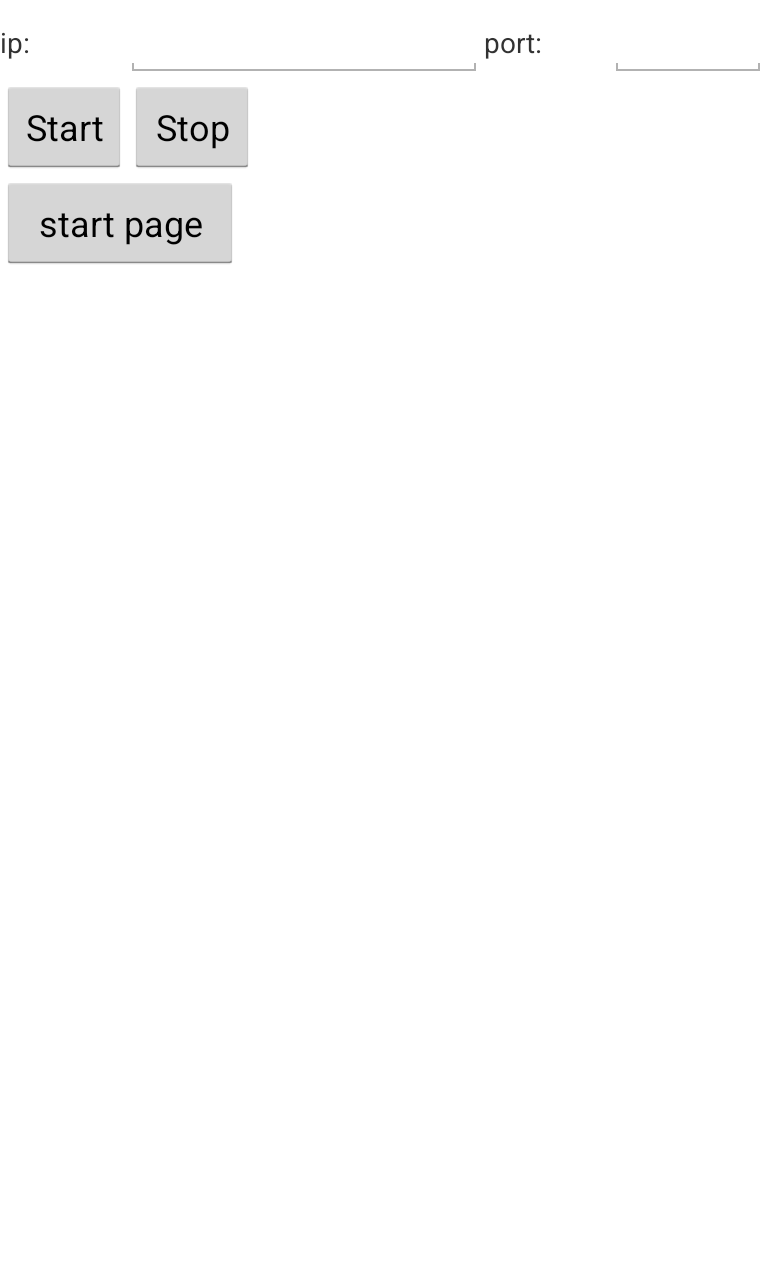
Repository: dthas/d_firewall_c
Layout: src/main/android/eclipse_project/dfirewall/res/layout/out_pl.xml
These files come from the project's save history. The layout is drawn as it stood at one moment and after the next save; the edit follows.
It is drawn on a 768 x 1280 px phone screen (xhdpi) without system bars, with theme AppTheme; the app's code is not run.

Above is the layout before, as saved 2017-02-16 07:56:58.

### src/main/android/eclipse_project/dfirewall/res/layout/out_pl.xml
<LinearLayout xmlns:android="http://schemas.android.com/apk/res/android"
android:layout_width="fill_parent"
android:layout_height="wrap_content"
android:orientation="vertical" >

    <LinearLayout
        android:layout_width="fill_parent"
		android:layout_height="wrap_content"
		android:orientation="horizontal" >

	        <TextView
				android:id="@+id/text_view_1"
				android:layout_width="fill_parent"
				android:layout_height="wrap_content"
				android:layout_weight="1"
				android:text="ip:" />

	        <EditText
				android:id="@+id/et_ip_out"
				android:layout_width="180dp"
				android:layout_height="wrap_content"

				/>

		<TextView
				android:id="@+id/text_view_2"
				android:layout_width="fill_parent"
				android:layout_height="wrap_content"
				android:layout_weight="1"
				android:text="port:" />

	        <EditText
				android:id="@+id/et_port_out"
				android:layout_width="80dp"
				android:layout_height="wrap_content"

				/>


	</LinearLayout>

    <LinearLayout
        android:layout_width="wrap_content"
		android:layout_height="wrap_content"
		android:orientation="horizontal">

		<Button
			android:id="@+id/button_2"
			android:layout_width="wrap_content"
			android:layout_height="wrap_content"
			android:layout_weight="1"
			android:text="Start" />

		<Button
			android:id="@+id/button_1"
			android:layout_width="wrap_content"
			android:layout_height="wrap_content"
			android:layout_weight="1"
			android:text="Stop" />

	</LinearLayout>

   <LinearLayout
       	android:layout_width="wrap_content"
		android:layout_height="wrap_content"
		android:orientation="horizontal" >

			<Button
			android:id="@+id/button_3"
			android:layout_width="120dp"
			android:layout_height="wrap_content"
			android:layout_weight="1"
			android:layout_gravity="bottom"
			android:text="start page" />



	</LinearLayout>

</LinearLayout>

Loaded but not shown: src/main/android/eclipse_project/dfirewall/res/values/styles.xml (common file); src/main/android/eclipse_project/dfirewall/res/values-v11/styles.xml (common file); src/main/android/eclipse_project/dfirewall/res/values-v14/styles.xml (common file)

After the next save:
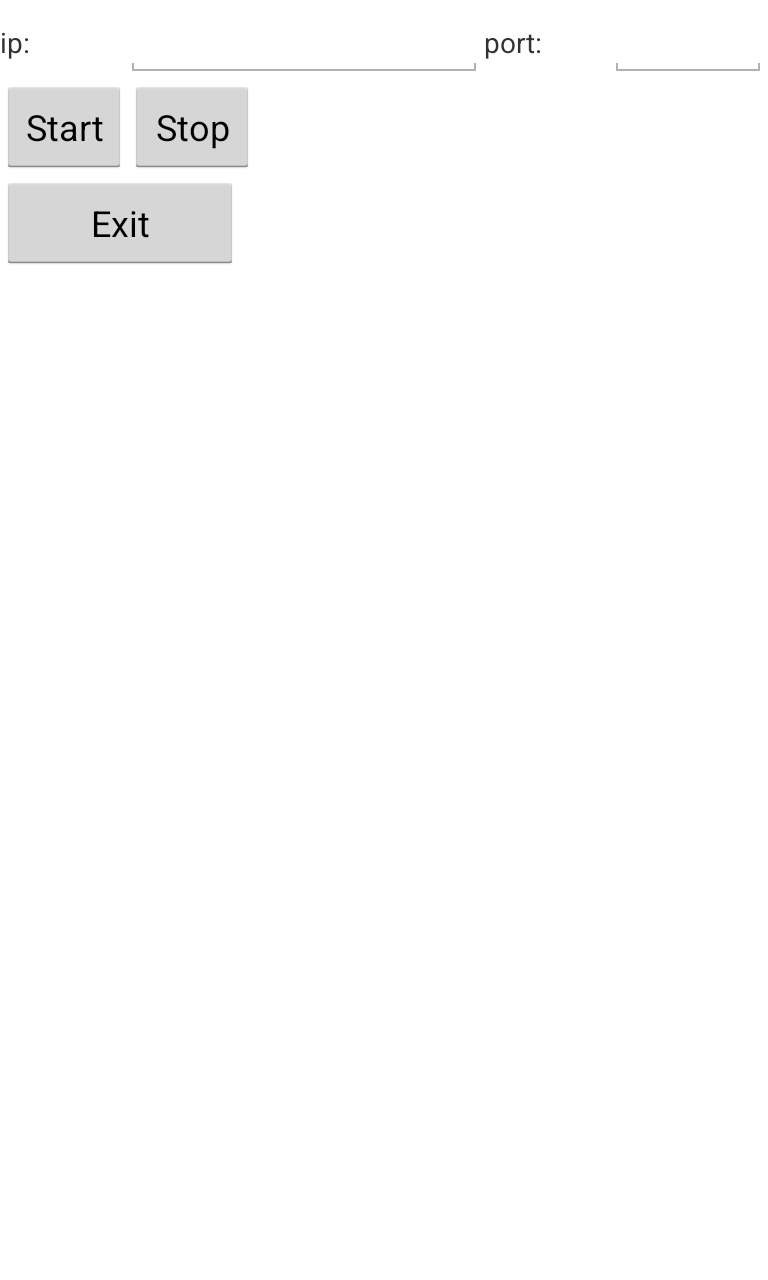
Saved 102 s later.
--- a/src/main/android/eclipse_project/dfirewall/res/layout/out_pl.xml
+++ b/src/main/android/eclipse_project/dfirewall/res/layout/out_pl.xml
@@ -71,7 +71,7 @@
 			android:layout_height="wrap_content"
 			android:layout_weight="1"
 			android:layout_gravity="bottom"
-			android:text="start page" />
+			android:text="Exit" />
 
 
 
